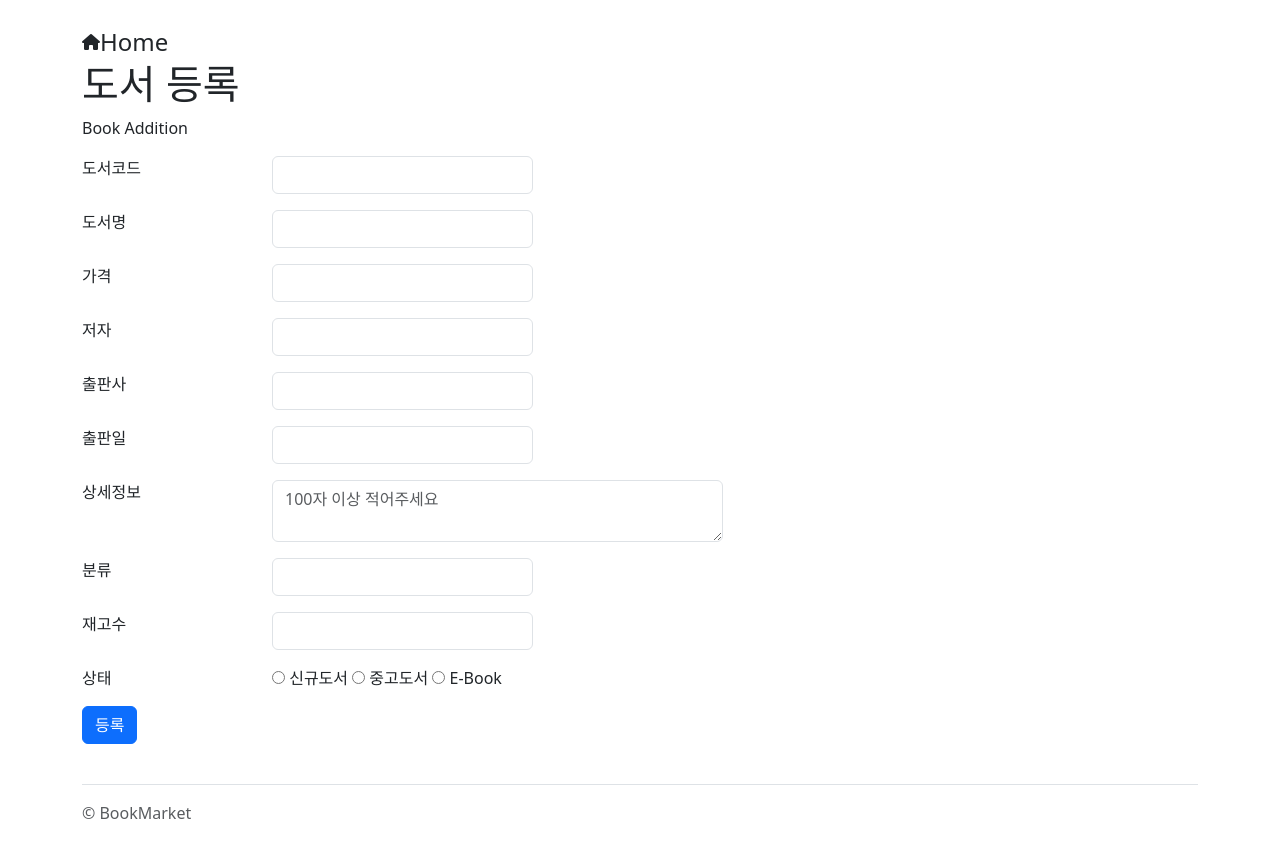
Repository: byeolchorong/ITedunet
Page: http://localhost/BookMarket/addBook.jsp
The author's editor kept a copy of each file at every save. The page is drawn from the files as they stood at one save, then again after the next save.
The browser window is 1280 px wide. The pictures show the whole page.
Some web libraries are served in a nearby version. The page is served by Tomcat 9. Nobody is signed in. The application's start-up code is not run. Other server files are loaded and not shown.

Above is the page before, as saved 2025-05-28 01:42:26.

### JSP/BookMarket/src/main/webapp/addBook.jsp
<%@ page language="java" contentType="text/html; charset=UTF-8"
    pageEncoding="UTF-8"%>
<!DOCTYPE html>
<html>
<head>
<link href="https://cdn.jsdelivr.net/npm/bootstrap@5.3.6/dist/css/bootstrap.min.css" rel="stylesheet">
<script src="https://kit.fontawesome.com/705381df09.js" crossorigin="anonymous"></script>
<link href="./resources/css/bootstrap.min.css"/>
<meta charset="UTF-8">
<title>도서 등록</title>
</head>
<body>
<div class="container py-4">
	<%@include file="menu.jsp" %>

	<div>
		<div>
			<h1>도서 등록</h1>
			<p>Book Addition</p>
		</div>
	</div>

	<div class="row align-items-md-stretch">
		<form name="newBook" action="./processAddBook.jsp" class="form-horizontal" method="post" enctype="multipart/form-data">
			<div class="mb-3 row">
				<label class="col-sm-2">도서코드</label>
				<div class="col-sm-3">
					<input type="text" name="bookId" class="form-control">
				</div>
			</div>

			<div class="mb-3 row">
				<label class="col-sm-2">도서명</label>
				<div class="col-sm-3">
					<input type="text" name="name" class="form-control">
				</div>
			</div>

			<div class="mb-3 row">
				<label class="col-sm-2">가격</label>
				<div class="col-sm-3">
					<input type="text" name="unitPrice" class="form-control">
				</div>
			</div>

			<div class="mb-3 row">
				<label class="col-sm-2">저자</label>
				<div class="col-sm-3">
					<input type="text" name="author" class="form-control">
				</div>
			</div>

			<div class="mb-3 row">
				<label class="col-sm-2">출판사</label>
				<div class="col-sm-3">
					<input type="text" name="publisher" class="form-control">
				</div>
			</div>

			<div class="mb-3 row">
				<label class="col-sm-2">출판일</label>
				<div class="col-sm-3">
					<input type="text" name="releaseDate" class="form-control">
				</div>
			</div>

			<div class="mb-3 row">
				<label class="col-sm-2">상세정보</label>
				<div class="col-sm-5">
					<textarea name="description" cols="50" rows="2" class="form-control" placeholder="100자 이상 적어주세요"></textarea>
				</div>
			</div>

			<div class="mb-3 row">
				<label class="col-sm-2">분류</label>
				<div class="col-sm-3">
					<input type="text" name="category" class="form-control">
				</div>
			</div>

			<div class="mb-3 row">
				<label class="col-sm-2">재고수</label>
				<div class="col-sm-3">
					<input type="text" name="unitsInStock" class="form-control">
				</div>
			</div>

			<div class="mb-3 row">
				<label class="col-sm-2">상태</label>
				<div class="col-sm-5">
					<input type="radio" name="condition" value="New"> 신규도서
					<input type="radio" name="condition" value="Old"> 중고도서
					<input type="radio" name="condition" value="EBook"> E-Book
				</div>
			</div>

			<div class="mb-3 row">
				<div class="col-sm-offset-2 col-sm-10">
					<input type="submit" class="btn btn-primary" value="등록">
				</div>
			</div>
		</form>
	</div>

	<jsp:include page="footer.jsp"/>

</div>
</body>
</html>

### JSP/BookMarket/src/main/webapp/menu.jsp
<%@ page language="java" contentType="text/html; charset=UTF-8"
    pageEncoding="UTF-8"%>
<link href="https://cdn.jsdelivr.net/npm/bootstrap@5.3.6/dist/css/bootstrap.min.css" rel="stylesheet">
<script src="https://kit.fontawesome.com/705381df09.js" crossorigin="anonymous"></script>

	<header>
		<a href="./welcome.jsp" class="d-flex align-items-center text-dark text-decoration-none">
			<i class="fa-solid fa-house"></i>
			<span class="fs-4">Home</span>
		</a>
	</header>

### JSP/BookMarket/src/main/webapp/footer.jsp
<%@ page language="java" contentType="text/html; charset=UTF-8"
    pageEncoding="UTF-8"%>

	<footer class="pt-3 mt-4 text-body-secondary border-top">
		&copy; BookMarket
	</footer>

After the next save:
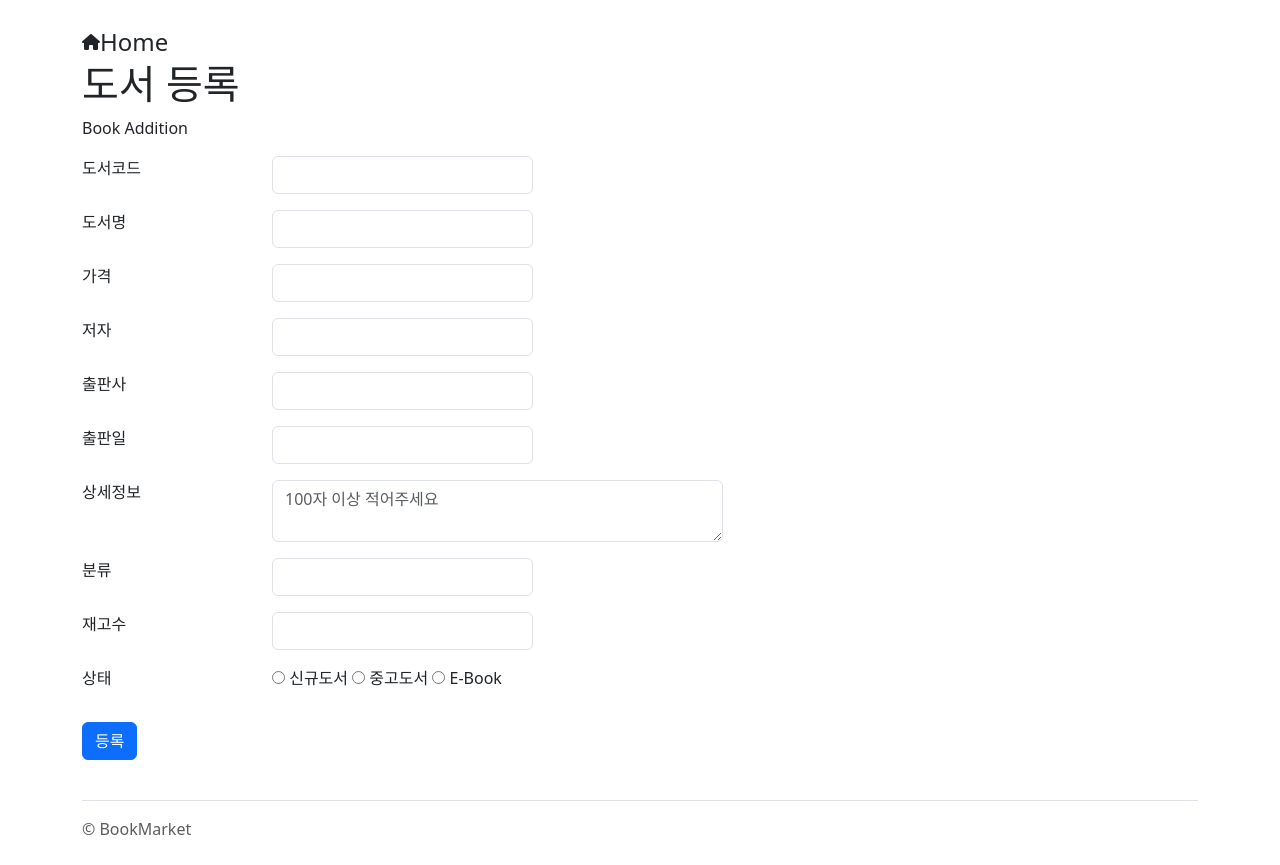
Saved 49 s later.
--- a/JSP/BookMarket/src/main/webapp/addBook.jsp
+++ b/JSP/BookMarket/src/main/webapp/addBook.jsp
@@ -95,6 +95,9 @@
 			</div>
 
 			<div class="mb-3 row">
+			</div>
+
+			<div class="mb-3 row">
 				<div class="col-sm-offset-2 col-sm-10">
 					<input type="submit" class="btn btn-primary" value="등록">
 				</div>
